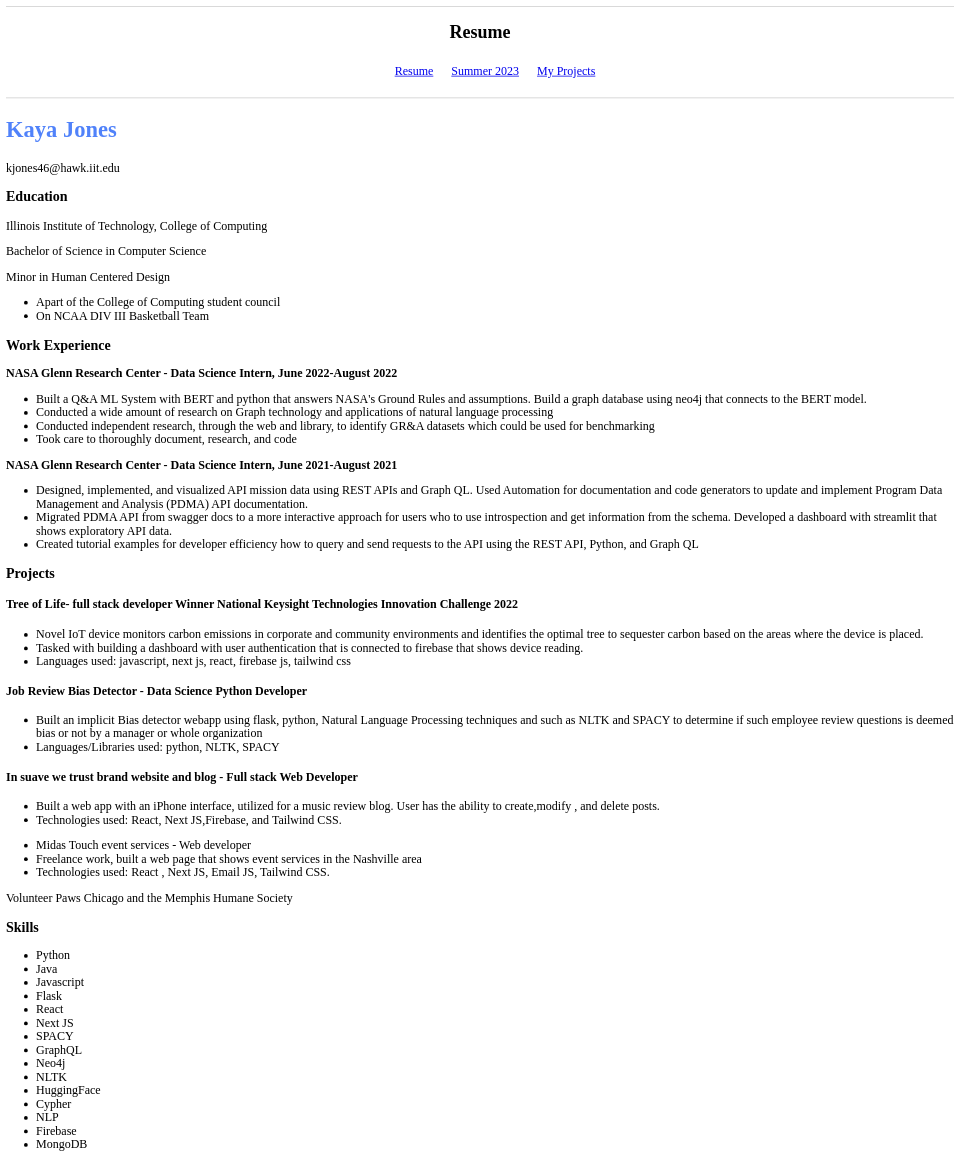
Repository: kayacancode/itm361project1
Page: index.html
The author's editor kept a copy of each file at every save. The page is drawn from the files as they stood at one save, then again after the next save.
The browser window is 1280 px wide. The pictures show the whole page, at 75% of full size.
Some web fonts or font styles are not loaded; a fallback is used.

Above is the page before, as saved 2023-03-04 12:56:32.

After the next save:
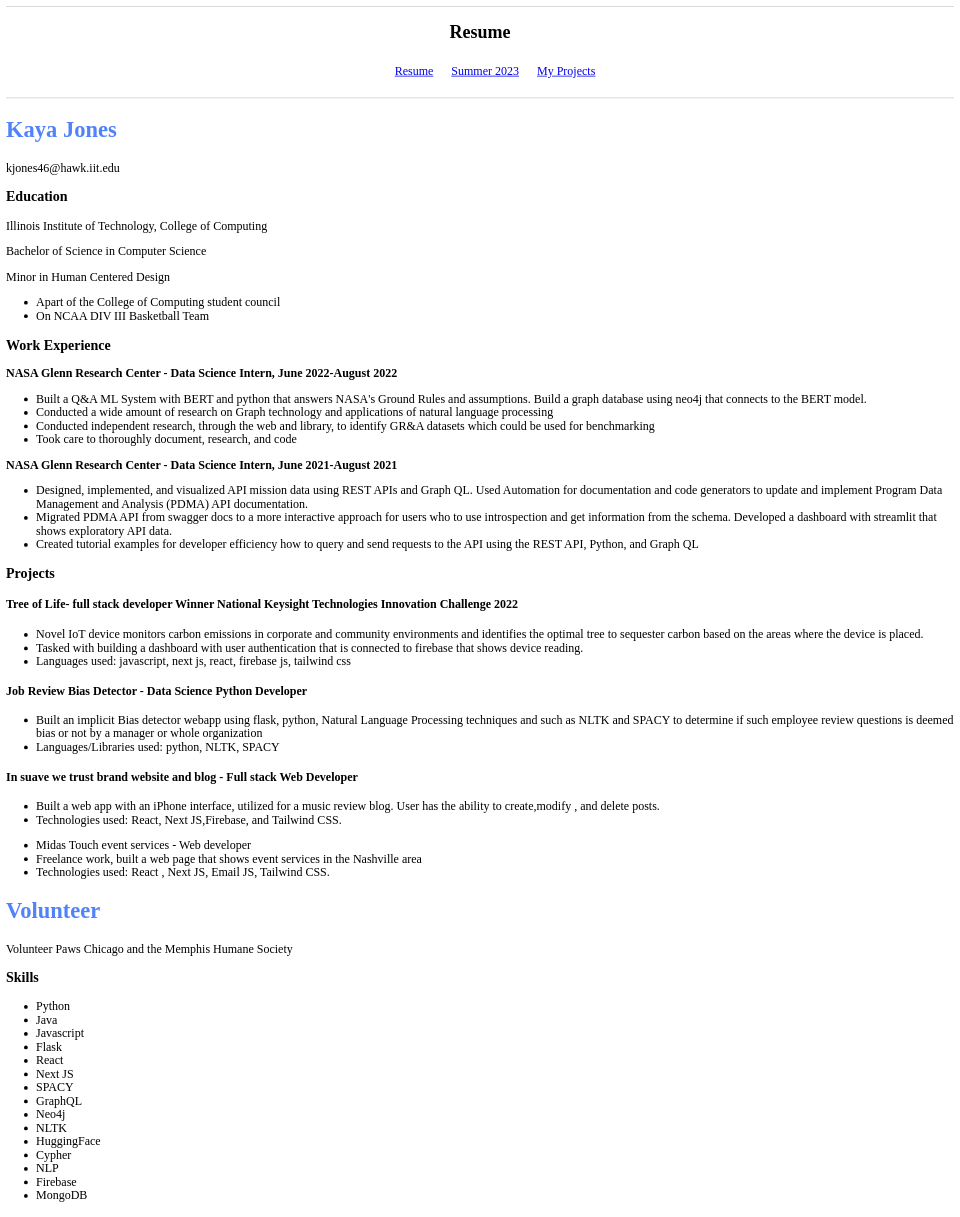
Saved 2 min 52 s later.
--- a/index.html
+++ b/index.html
@@ -120,6 +120,8 @@
       <li>Technologies used: React , Next JS, Email JS, Tailwind CSS.</li>
     </ul>
   </section>
+
+  <h2>Volunteer </h2>
     <p>Volunteer Paws Chicago and the Memphis Humane Society</p>
 
     <h3>Skills</h3>
